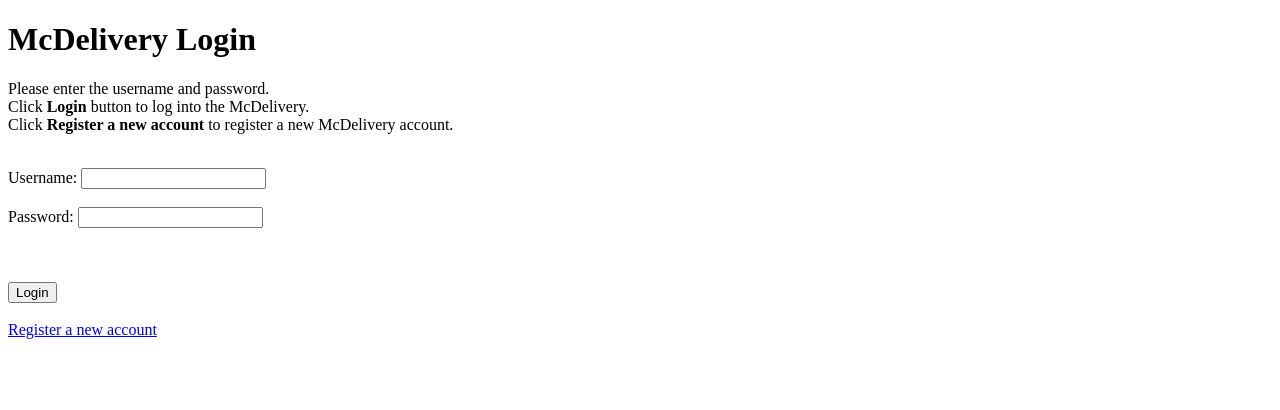
Repository: Jeck97/Mcdonald-Delivery-System
Page: http://localhost/McDelivery/login/loginForm.jsp
An editor plug-in stored every save of this project. The page is shown before and after the next save, followed by the edit.
The browser window is 1280 px wide. The pictures show the whole page.
The page is served by Tomcat 9.

Above is the page before, as saved 2020-07-10 12:05:57.

After the next save:
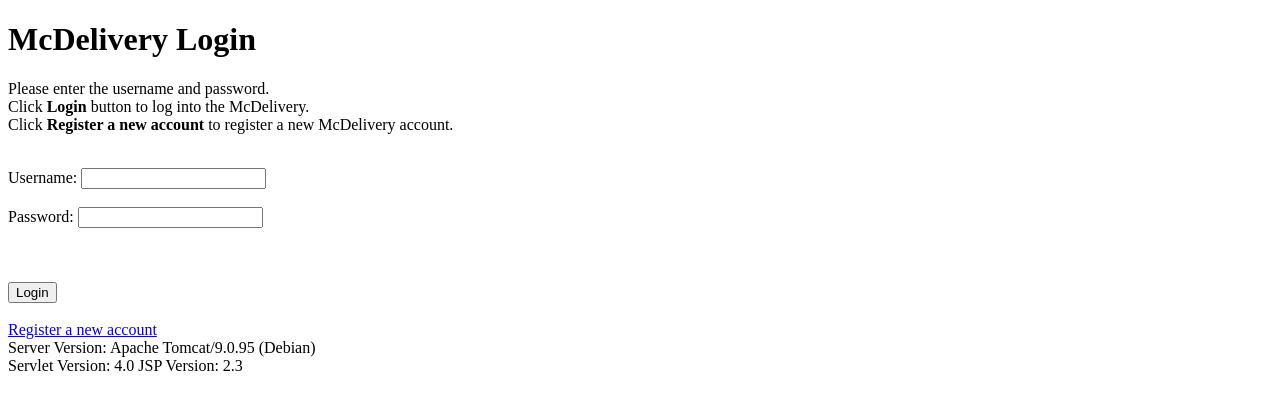
Saved 19 s later.
--- a/McDelivery/WebContent/login/loginForm.jsp
+++ b/McDelivery/WebContent/login/loginForm.jsp
@@ -35,5 +35,9 @@
 
 	<a href="../register/registerForm.jsp">Register a new account</a>
 
+	<br>Server Version: <%= application.getServerInfo() %><br>
+Servlet Version: <%= application.getMajorVersion() %>.<%= application.getMinorVersion() %>
+JSP Version: <%= JspFactory.getDefaultFactory().getEngineInfo().getSpecificationVersion() %> <br>
+
 </body>
 </html>
